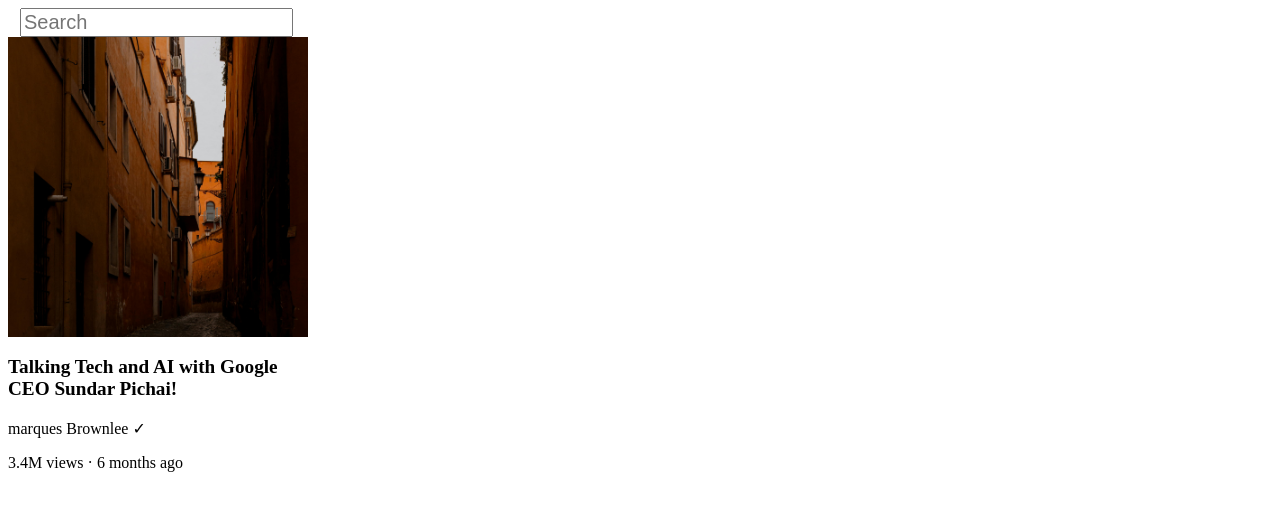
Repository: Yeyolive/WebDev_Collab_2025
Page: Basic_Projects/HTML-CSS course/youtube/youtube.html
The author's editor kept a copy of each file at every save. The page is drawn from the files as they stood at one save, then again after the next save.
The browser window is 1280 px wide. The pictures show the whole page.

Above is the page before, as saved 2025-11-26 11:06:34.

After the next save:
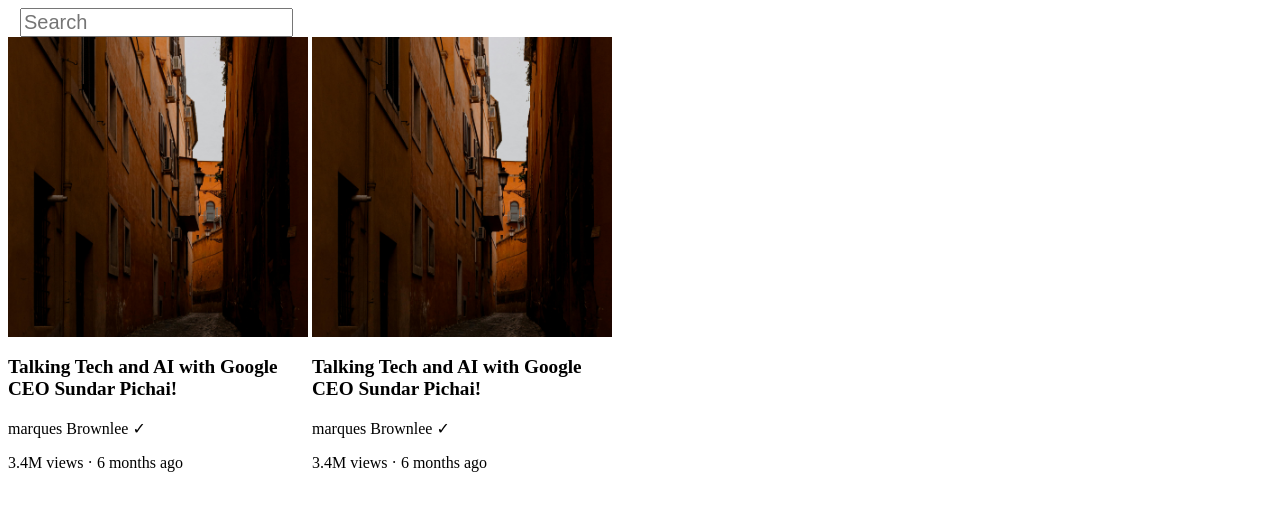
Saved 45 s later.
--- a/Basic_Projects/HTML-CSS course/youtube/youtube.html
+++ b/Basic_Projects/HTML-CSS course/youtube/youtube.html
@@ -10,6 +10,7 @@
   </head>
 
   <body>
+    <!-- Search Bar section-->
     <input class="search-bar" type="text" placeholder="Search" />
 
     <div class="video-preview">
@@ -28,6 +29,21 @@
       <p class="video-stats">3.4M views &#183; 6 months ago</p>
     </div>
 
+    <div class="video-preview">
+      <img
+        class="images"
+        src="images/pexels-drewdempsey-30193111.jpg"
+        alt="image of street"
+      />
+
+      <!-- YouTube Video Page section-->
+      <p class="video-title">
+        Talking Tech and AI with Google CEO Sundar Pichai!
+      </p>
+
+      <p class="video-author">marques Brownlee &#10003;</p>
+      <p class="video-stats">3.4M views &#183; 6 months ago</p>
+    </div>
     <!-- Search Bar section-->
   </body>
 </html>
